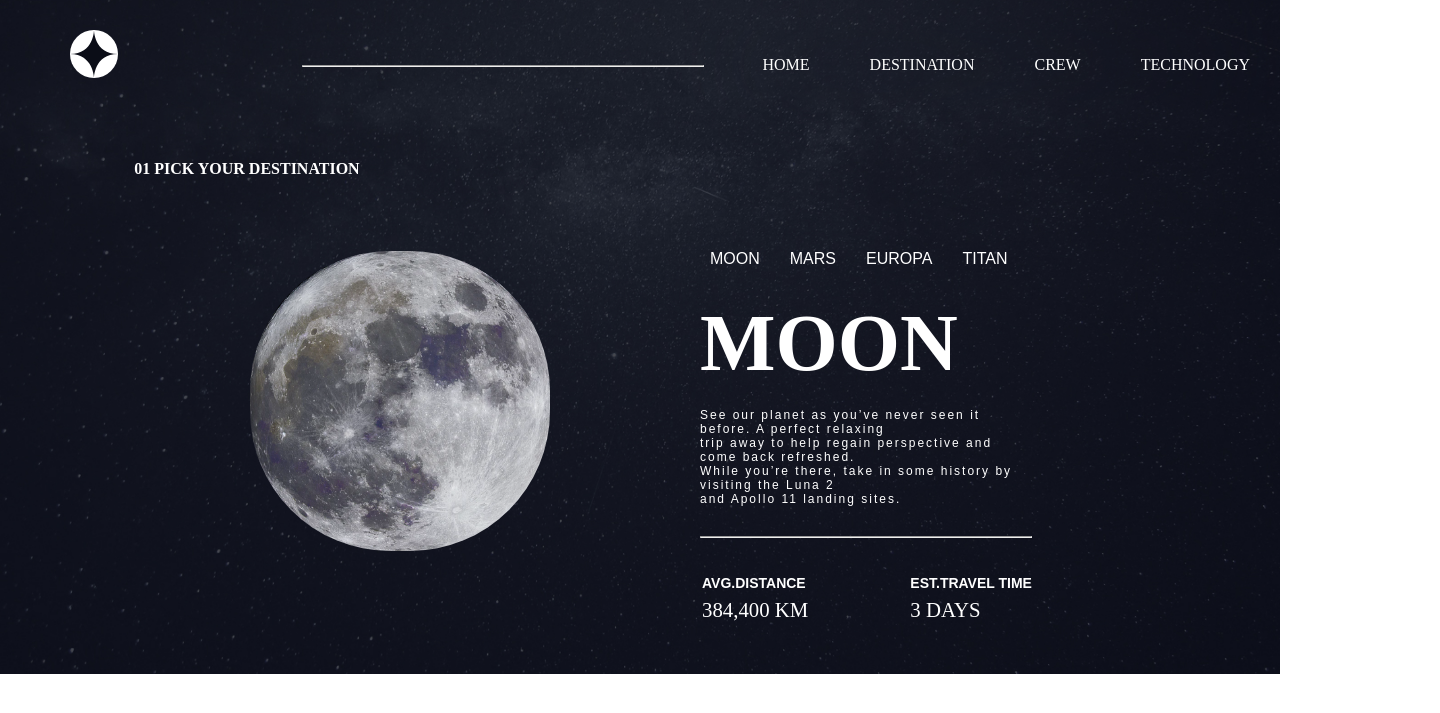
Repository: batonAnton/space_tourism
Page: destination.html
These files come from the project's save history. The page is drawn as it stood at one moment and after the next save; the edit follows.
The browser window is 1280 px wide. The page is 1440 px wide, so the pictures cover 1440 px, including what lies to the right of the window. The pictures show the whole page.
Some web fonts or font styles are not loaded; a fallback is used.

Above is the page before, as saved 2022-05-20 14:14:28.

After the next save:
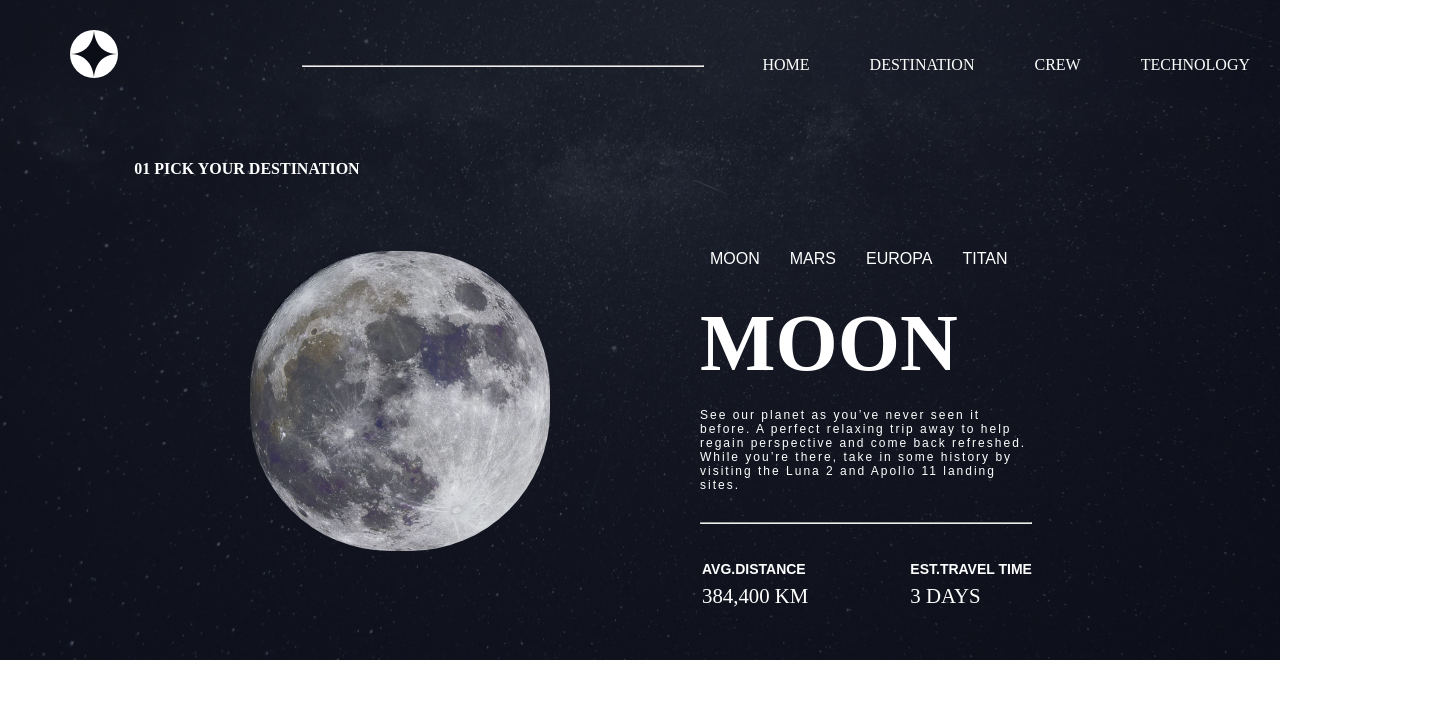
Saved 3 min 46 s later.
--- a/destination.html
+++ b/destination.html
@@ -69,7 +69,7 @@
 
                             </ul>
                     <h1>moon</h1>
-                    <p>See our planet as you’ve never seen it before. A perfect relaxing <br> trip away to help regain perspective and come back refreshed. <br> While you’re there, take in some history by visiting the Luna 2 <br> and Apollo 11 landing sites.</p>
+                    <p>See our planet as you’ve never seen it before. A perfect relaxing  trip away to help regain perspective and come back refreshed. While you’re there, take in some history by visiting the Luna 2  and Apollo 11 landing sites.</p>
 
                     <hr class="hr_planet">
 
